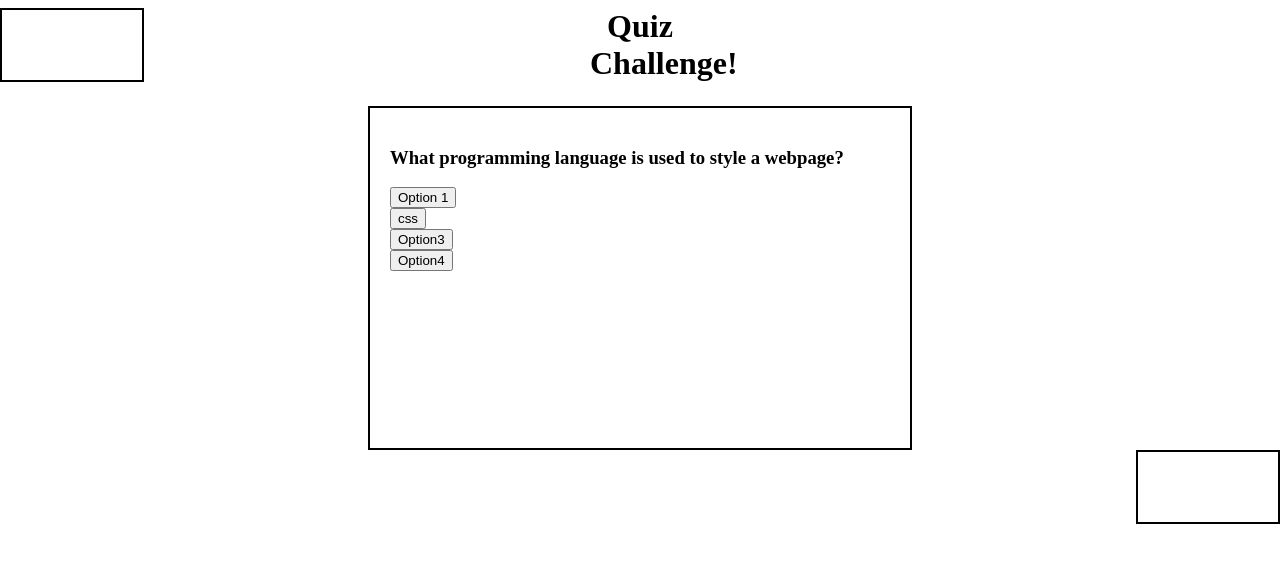
Repository: s88leigh/Quiz-Challenge
Page: index.html
These files come from the project's save history. The page is drawn as it stood at one moment and after the next save; the edit follows.
The browser window is 1280 px wide. The pictures show the whole page.

Above is the page before, as saved 2019-10-19 17:58:47.

### index.html
<!DOCTYPE html>
<html lang="en">

<head>
    <meta charset="UTF-8">
    <meta name="viewport" content="width=device-width, initial-scale=1.0">
    <meta http-equiv="X-UA-Compatible" content="ie=edge">
    <link rel="stylesheet" type="text/css" href="style.css">
    <title>Quiz</title>


</head>

<body>
    <div id="score-box"></div>

    <h1 id="title">Quiz Challenge!</h1>
    <br>
    <div id="question-box">

        <h3 id="question">question</h3>
        <div id="answers"></div>

    </div>

    <div id="timer-box"></div>



    <script src="./script.js"></script>
    <!-- window.location = "/highscores.html"; -->
    <!-- /* score will run from the beginning -nothing below will run.*/ -->

</body>

</html>

### style.css
#score-box {
  width: 100px;
  height: 30px;
  padding: 20px;
  margin: auto;
  position: absolute;
    left: 0;
  border: 2px solid black;

}

#title {
    width: 100px;
    height: 50px;
    margin: auto;
    margin-bottom: 30px;
    text-align: center;
}

#question-box {
    width: 500px;
    height:300px;
    padding: 20px;
    margin: auto;
    border: 2px solid black;
}

#timer-box {
  width: 100px;
  height: 30px;
  padding: 20px;
  margin: auto;
  position: absolute;
    right: 0;

  border: 2px solid black;

}

### script.js
// var btn1 = document.getElementById("btn1");
// var btn2 = document.getElementById("btn2");
// var btn3 = document.getElementById("btn3");
// var btn4 = document.getElementById("btn4");
var currQuestionDiv = document.getElementById("question");
var answersDiv = document.getElementById("answers");

var questions = [
    {
        questionText: "What programming language is used to style a webpage?",
        choices: ["Option 1", "css", "Option3", "Option4"],
        answer: "css"
    },
    {
        questionText: "Which one is a DOM element?",
        choices: ["Option 1", "Option 2", "addEventListener", "Option4"],
        answer: "addEventListener"
    },
    {
        questionText: "Which is a DOM attribute?",
        choices: ["value", "Option 2", "Option3", "Option4"],
        answer: "value"
    },
    {
        questionText: "What are the inputs of a function called?",
        choices: ["Option 1", "Option 2", "Option3", "parameters"],
        answer: "parameters"
    },
    {
        questionText: "What is the output of a function called?",
        choices: ["Option 1", "Option 2", "Option3", "parameters"],
        answer: "return"
    }
];

var p = document.createElement('p')

var counter = 0;
var questIndex = 0;
var seconds
var timerInterval;

function startTimer(){
    clearInterval(timerInterval);
    seconds = 0;
    timerInterval = setInterval(function(){
        console.log(seconds, timerInterval);
        seconds++;
        // if(seconds ===){
        //     clearInterval(timerInterval);
        //     questIndex++;
            if(questIndex > questions.length){
                clearInterval(timerInterval);
                questionText();
            }
        }
    , 1000);

}
function questionText() {
    startTimer();

    var currentQuestion = questions[questIndex];
    currQuestionDiv.innerText = currentQuestion.questionText;

    answersDiv.innerHTML = "";
    for (var i = 0; i < currentQuestion.choices.length; i++) {
        var button = document.createElement("button");
        var newline = document.createElement("br");
        button.innerText = currentQuestion.choices[i];
        button.onclick = clickButton;
        button.setAttribute("value", currentQuestion.choices[i])

        answersDiv.appendChild(button)
        answersDiv.appendChild(newline)
    }
};

function clickButton() {
    var choice = this.value;

    if(choice === questions[questIndex].answer){
        alert("Correct");
        questIndex++;
        counter = counter + 1;
        alert ("yay, you've got  "  + counter+"/ 5" + "right!");
        p.innerHTML('yay right: ' + counter+ '/ 5');
        questionText();

    } else {
        alert("Incorrect. Try again!")

       questionText();
    }

}
questionText()

After the next save:
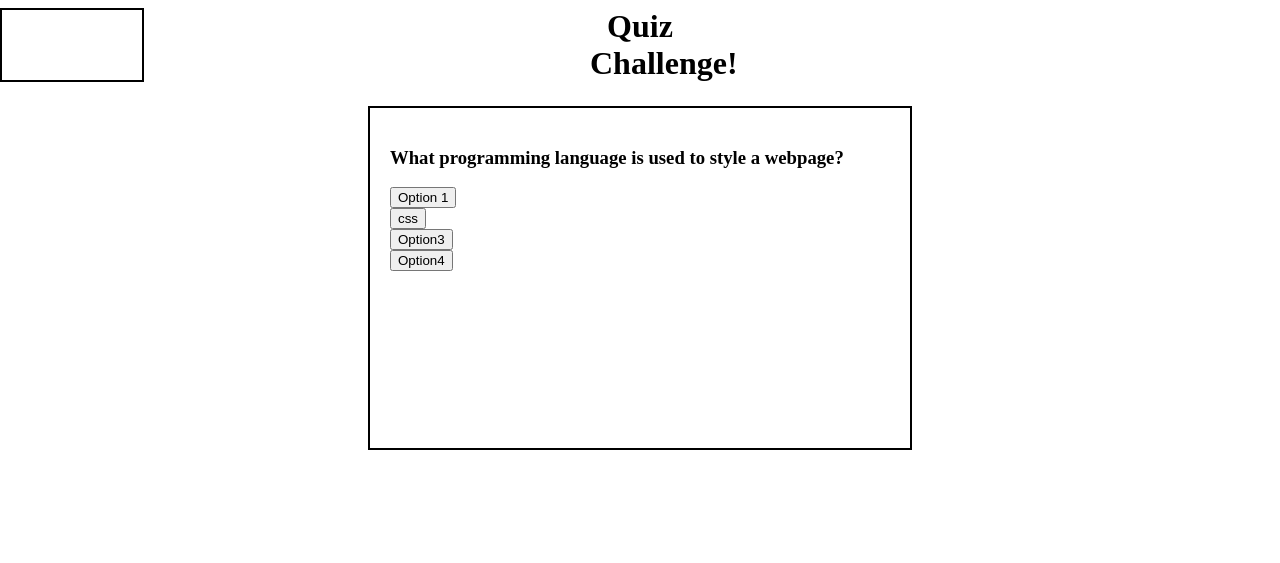
Saved 8 s later.
--- a/style.css
+++ b/style.css
@@ -32,7 +32,7 @@
   margin: auto;
   position: absolute;
     right: 0;
-
+    top:
   border: 2px solid black;
 
 }
